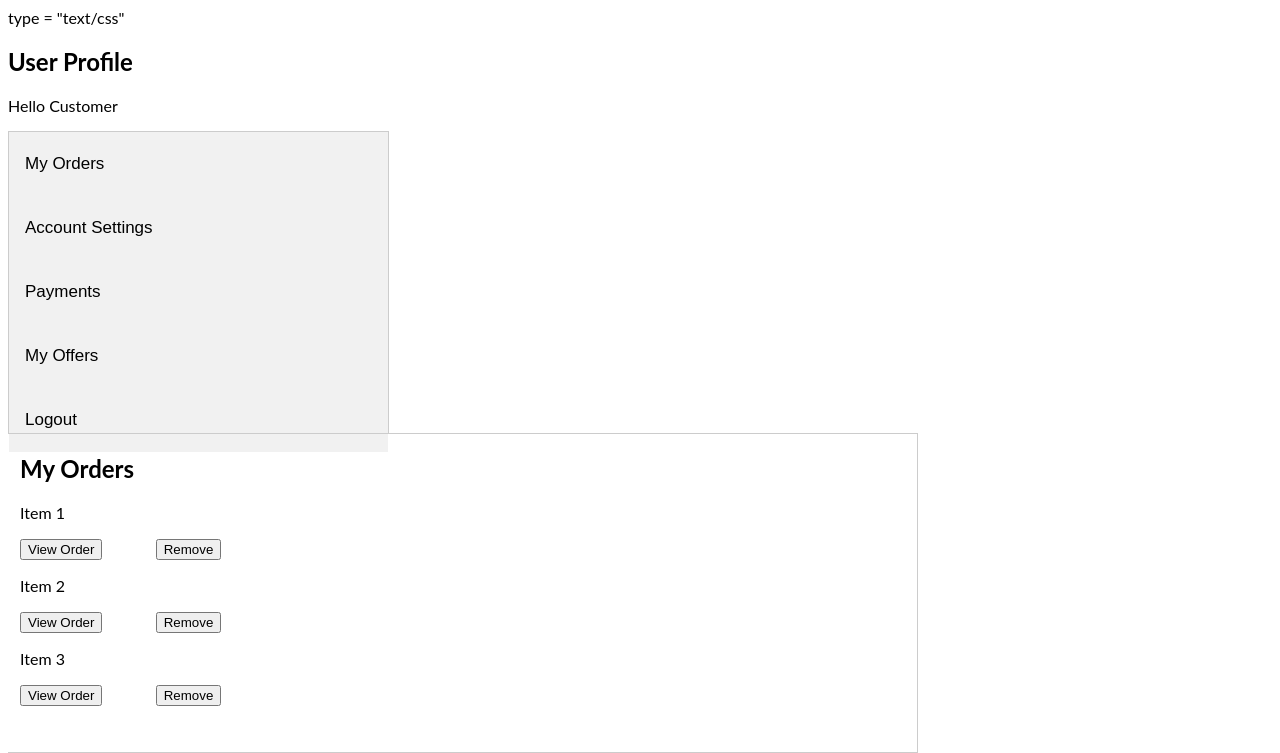
Repository: mihirhpanchal/Java-OnlineShopping
Page: http://localhost/Shop/WEB-INF/user.jsp
These files come from the project's save history. The page is drawn as it stood at one moment and after the next save; the edit follows.
The browser window is 1280 px wide. The pictures show the whole page.
The page is served by Tomcat 9. Nobody is signed in. The template is opened directly, without the code that normally fills it, so the values that code supplies are empty.

Above is the page before, as saved 2019-11-19 11:52:42.
Console error: ReferenceError: evt is not defined

After the next save:
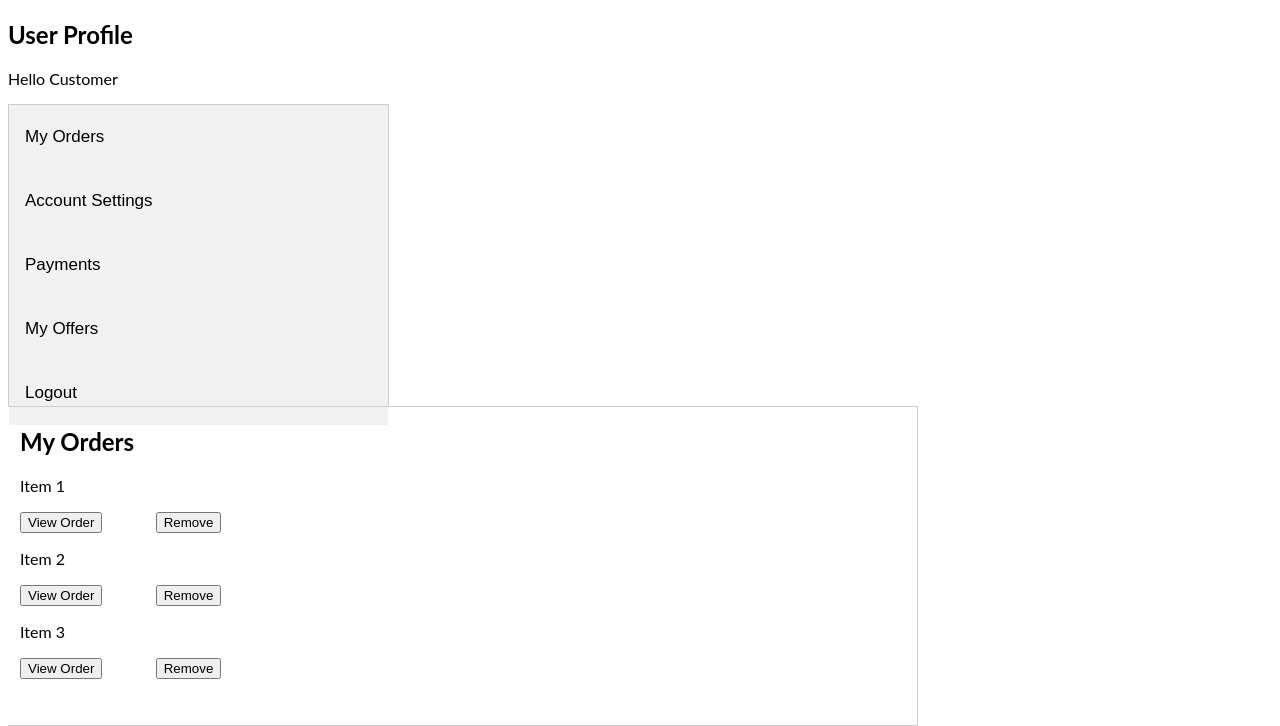
Saved 5 s later.
--- a/Shop/src/main/webapp/WEB-INF/user.jsp
+++ b/Shop/src/main/webapp/WEB-INF/user.jsp
@@ -6,7 +6,7 @@
 <meta http-equiv="Content-Type" content="text/html; charset=ISO-8859-1">
 <link rel = "stylesheet" type = "text/css" href = "main.css"/>
 
-  type = "text/css"
+
 </head>
 <body>
 <h2>User Profile</h2>
